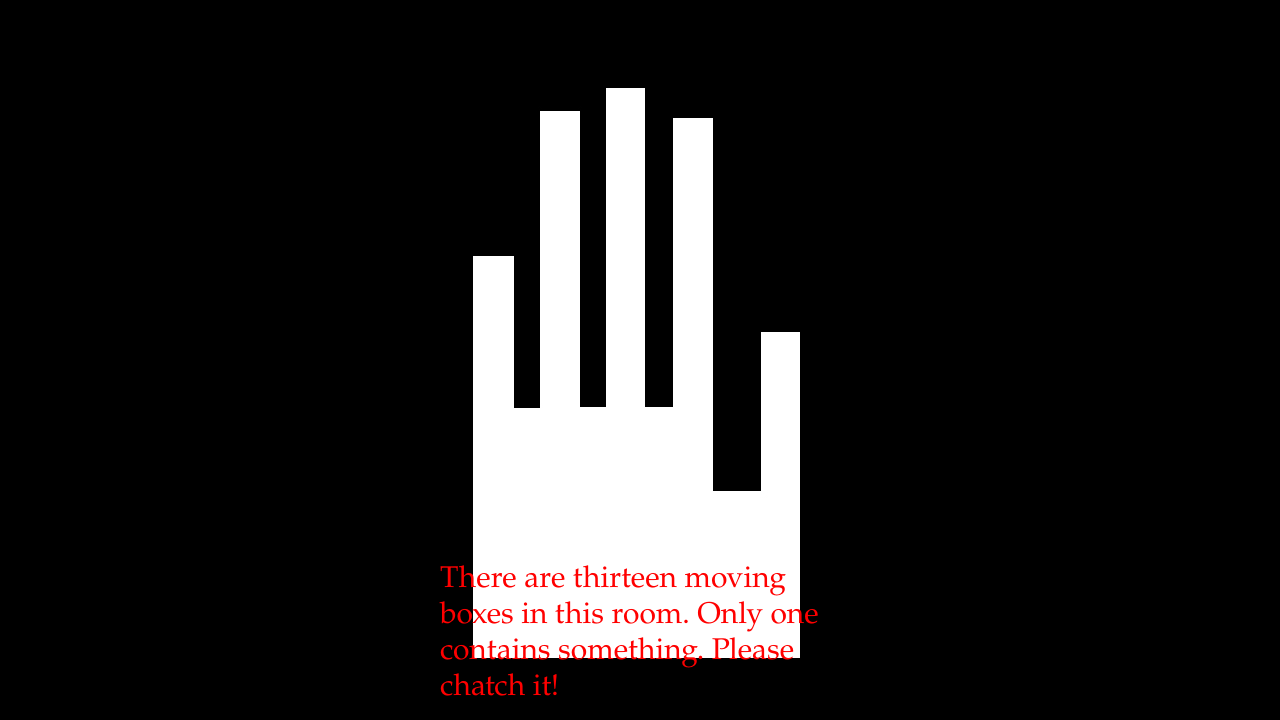
Repository: yiy225/yiy225.github.io
Page: final/c1.html
The author's editor kept a record of every edit. The page is drawn from the files as they stood at one moment, then again after the next edit.
The browser window is 1280 px wide. The pictures show the whole page.

Above is the page before.

After the next edit:
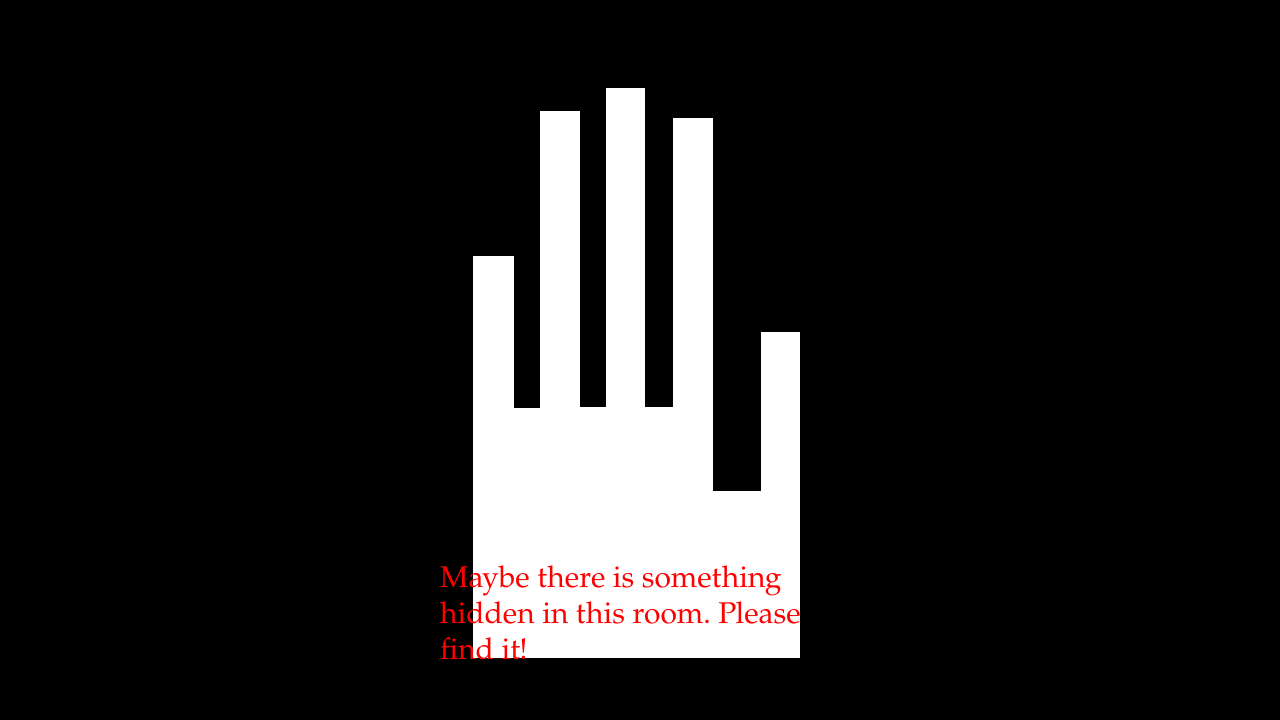
The edit:
--- a/final/c1.html
+++ b/final/c1.html
@@ -24,7 +24,7 @@
          <br>
          <br>
          <div class= c1>
-         There are thirteen moving boxes in this room. Only one contains something. Please chatch it!
+         Maybe there is something hidden in this room. Please find it!
          </div>
          </div>
 
